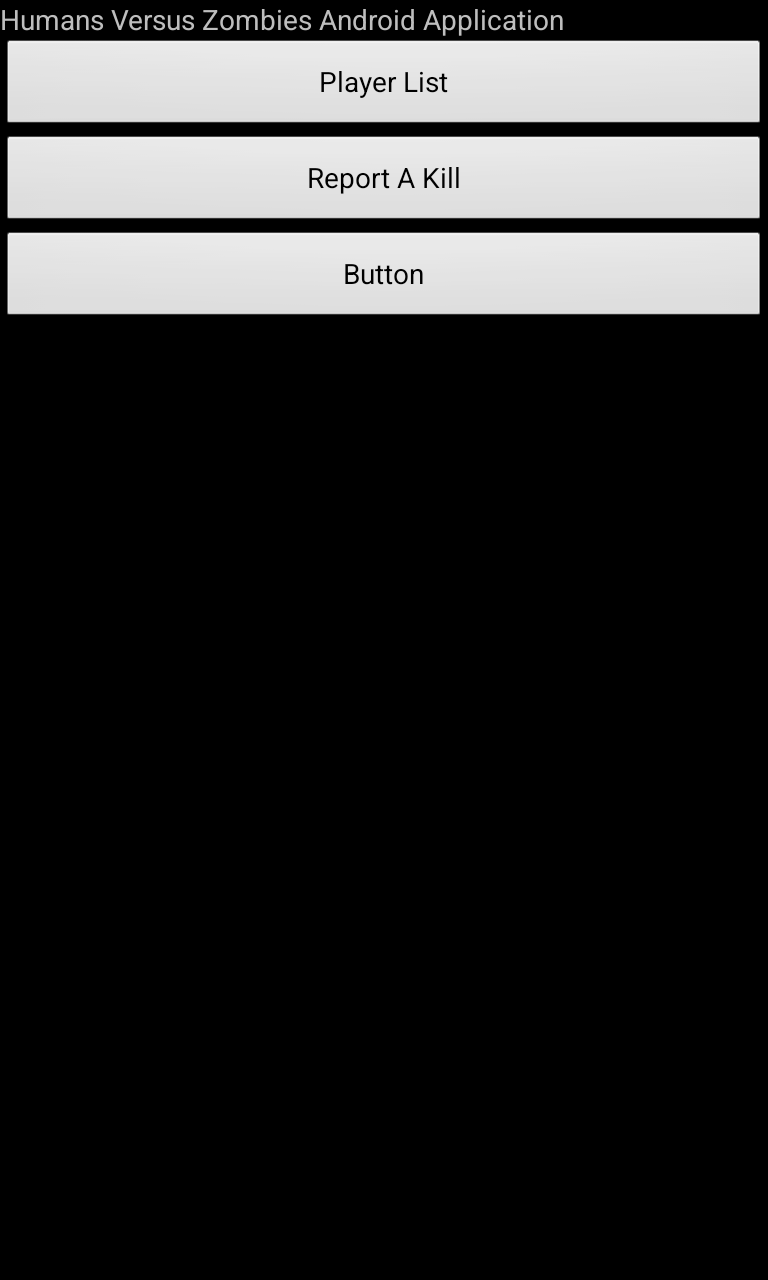
Repository: rolsen/HvZ
Layout: HvZ_phone/res/layout/main.xml
These files come from the project's save history. The layout is drawn as it stood at one moment and after the next save; the edit follows.
It is drawn on a 768 x 1280 px phone screen (xhdpi) without system bars, with theme android:Theme; the app's code is not run.

Above is the layout before, as saved 2011-11-05 00:11:07.

### HvZ_phone/res/layout/main.xml
<?xml version="1.0" encoding="utf-8"?>
<LinearLayout xmlns:android="http://schemas.android.com/apk/res/android"
    android:layout_width="fill_parent"
    android:layout_height="fill_parent"
    android:orientation="vertical" >

    <TextView
        android:layout_width="fill_parent"
        android:layout_height="wrap_content"
        android:text="@string/hello" />

    <LinearLayout
        android:id="@+id/linearLayout1"
        android:layout_width="match_parent"
        android:layout_height="wrap_content"
        android:orientation="vertical" >
    </LinearLayout>

    <Button
        android:id="@+id/button1"
        android:layout_width="match_parent"
        android:layout_height="wrap_content"
        android:text="Player List" />

    <Button
        android:id="@+id/button2"
        android:layout_width="match_parent"
        android:layout_height="wrap_content"
        android:text="Report A Kill" />


    <Button
        android:id="@+id/button3"
        android:layout_width="match_parent"
        android:layout_height="wrap_content"
        android:text="Button" />

</LinearLayout>

### HvZ_phone/res/values/strings.xml
<?xml version="1.0" encoding="utf-8"?>
<resources>

    <string name="hello">Humans Versus Zombies Android Application</string>
    <string name="app_name">HvZ</string>
	<string name="menu_text">Function call to get player list here!</string>
    <string name="menu_title">Player List Menu Title</string>
</resources>

After the next save:
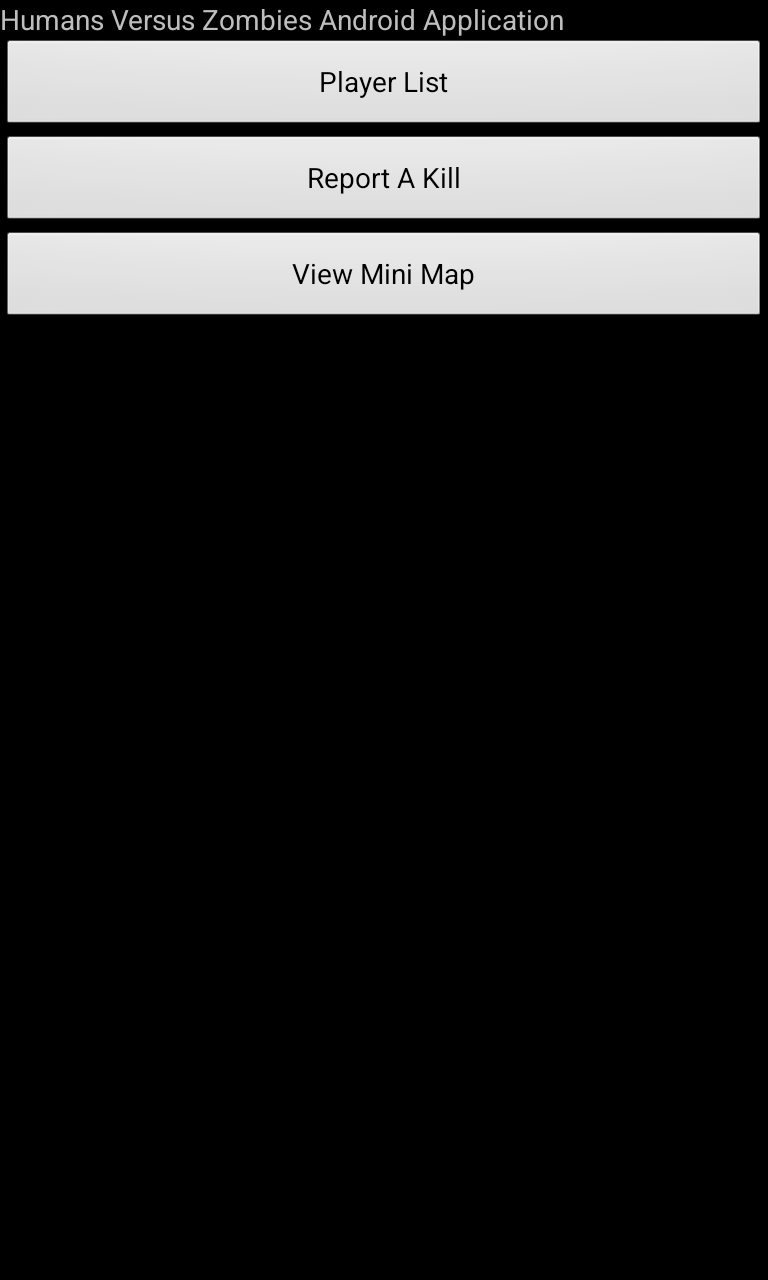
Saved 54 s later.
--- a/HvZ_phone/res/layout/main.xml
+++ b/HvZ_phone/res/layout/main.xml
@@ -33,6 +33,6 @@
         android:id="@+id/button3"
         android:layout_width="match_parent"
         android:layout_height="wrap_content"
-        android:text="Button" />
+        android:text="View Mini Map" />
 
 </LinearLayout>
